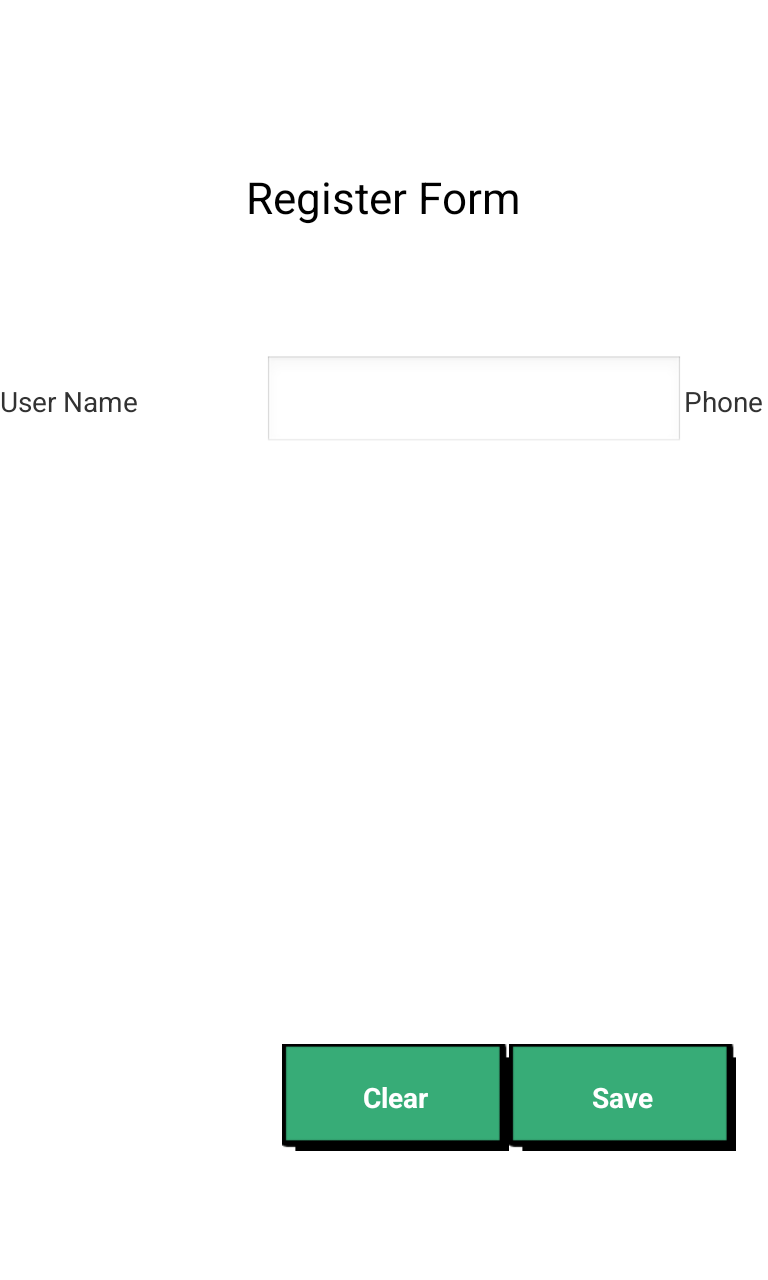
Repository: VanThi/Smart_Order
Layout: Project OS/Project_SO/res/layout/activity_register.xml
The author's editor kept a copy of each file at every save. The layout is drawn from the files as they stood at one save, then again after a run of saves.
It is drawn on a 768 x 1280 px phone screen (xhdpi) without system bars, with theme android:Theme.Light.NoTitleBar.Fullscreen; the app's code is not run.

Above is the layout before, as saved 2013-11-09 11:54:57.

### Project OS/Project_SO/res/layout/activity_register.xml
<?xml version="1.0" encoding="utf-8"?>
<LinearLayout xmlns:android="http://schemas.android.com/apk/res/android"
    android:layout_width="match_parent"
    android:layout_height="match_parent"
    android:orientation="vertical" >

    <TextView
        android:layout_width="wrap_content"
        android:layout_height="wrap_content"
        android:layout_weight="1" />

    <TextView
        android:id="@+id/registerForm"
        android:layout_width="wrap_content"
        android:layout_height="wrap_content"
        android:layout_gravity="center"
        android:layout_weight="1"
        android:text="@string/registerForm"
        android:textAppearance="?android:attr/textAppearanceLarge" />

    <LinearLayout
        android:layout_width="wrap_content"
        android:layout_height="wrap_content"
        android:layout_weight="3"
        android:baselineAligned="false"
        android:orientation="horizontal" >

        <LinearLayout
            android:layout_width="wrap_content"
            android:layout_height="wrap_content"
            android:orientation="horizontal" >

            <TextView
                android:id="@+id/tv_userName"
                android:layout_width="wrap_content"
                android:layout_height="wrap_content"
                android:ems="8"
                android:text="@string/userName" />

            <EditText
                android:id="@+id/et_userName"
                android:layout_width="wrap_content"
                android:layout_height="wrap_content"
                android:ems="10"
                android:inputType="text" />
        </LinearLayout>

        <LinearLayout
            android:layout_width="wrap_content"
            android:layout_height="wrap_content"
            android:layout_weight="1"
            android:orientation="horizontal" >

            <TextView
                android:id="@+id/tv_pass"
                android:layout_width="wrap_content"
                android:layout_height="wrap_content"
                android:ems="8"
                android:text="@string/password" />

            <EditText
                android:id="@+id/et_password"
                android:layout_width="wrap_content"
                android:layout_height="wrap_content"
                android:ems="10"
                android:inputType="textPassword" />
        </LinearLayout>

        <LinearLayout
            android:layout_width="wrap_content"
            android:layout_height="wrap_content"
            android:layout_weight="1"
            android:orientation="horizontal" >

            <TextView
                android:id="@+id/confrim"
                android:layout_width="wrap_content"
                android:layout_height="wrap_content"
                android:ems="8"
                android:text="@string/confirm" />

            <EditText
                android:id="@+id/et_comfrim"
                android:layout_width="wrap_content"
                android:layout_height="wrap_content"
                android:ems="10"
                android:inputType="textPassword" />
        </LinearLayout>

        <LinearLayout
            android:layout_width="wrap_content"
            android:layout_height="wrap_content"
            android:layout_weight="1"
            android:orientation="horizontal" >

            <TextView
                android:id="@+id/tv_fullName"
                android:layout_width="wrap_content"
                android:layout_height="wrap_content"
                android:ems="8"
                android:text="@string/fullName" />

            <EditText
                android:id="@+id/et_fullname"
                android:layout_width="wrap_content"
                android:layout_height="wrap_content"
                android:ems="10"
                android:inputType="text" />
        </LinearLayout>

        <LinearLayout
            android:layout_width="wrap_content"
            android:layout_height="wrap_content"
            android:layout_weight="1"
            android:orientation="horizontal" >

            <TextView
                android:id="@+id/tv_email"
                android:layout_width="wrap_content"
                android:layout_height="wrap_content"
                android:ems="8"
                android:text="@string/email" />

            <EditText
                android:id="@+id/et_email"
                android:layout_width="wrap_content"
                android:layout_height="wrap_content"
                android:ems="10"
                android:inputType="textEmailAddress" />
        </LinearLayout>

        <LinearLayout
            android:layout_width="wrap_content"
            android:layout_height="wrap_content"
            android:orientation="horizontal" >

            <TextView
                android:id="@+id/tv_phoneNumber"
                android:layout_width="wrap_content"
                android:layout_height="wrap_content"
                android:ems="8"
                android:text="@string/phoneNumber" />

            <EditText
                android:id="@+id/et_phoneNumber"
                android:layout_width="wrap_content"
                android:layout_height="wrap_content"
                android:ems="10"
                android:inputType="phone" />
        </LinearLayout>

        <LinearLayout
            android:layout_width="wrap_content"
            android:layout_height="wrap_content"
            android:orientation="horizontal" >

            <TextView
                android:id="@+id/tv_address"
                android:layout_width="wrap_content"
                android:layout_height="wrap_content"
                android:ems="8"
                android:text="@string/address" />

            <EditText
                android:id="@+id/et_address"
                android:layout_width="wrap_content"
                android:layout_height="wrap_content"
                android:ems="10"
                android:inputType="text" />
        </LinearLayout>
    </LinearLayout>

    <LinearLayout
        android:layout_width="wrap_content"
        android:layout_height="wrap_content"
        android:layout_gravity="right"
        android:layout_weight="1"
        android:orientation="horizontal" >

        <Button
            android:id="@+id/clear"
            style="@style/Button"
            android:layout_width="wrap_content"
            android:layout_height="wrap_content"
            android:text="@string/clear" />

        <Button
            android:id="@+id/save"
            style="@style/Button"
            android:layout_width="wrap_content"
            android:layout_height="wrap_content"
            android:layout_marginRight="16dp"
            android:text="@string/save" />
    </LinearLayout>

</LinearLayout>

### Project OS/Project_SO/res/values/strings.xml
<?xml version="1.0" encoding="utf-8"?>
<resources>

    <string name="app_name">Smart Order</string>
    <string name="action_settings">Settings</string>
    <string name="hello_world">Hello world!</string>
    <string name="menu_item">Menu</string>
    <string name="configuration">View Info</string>
    <string name="viewOrder">View Order</string>
    <string name="logout">Logout</string>
    <string name="exit">Exit</string>
    <string name="userName">User Name</string>
    <string name="password">PassWord</string>
    <string name="address">Address</string>
    <string name="phoneNumber">Phone Number</string>
    <string name="email">Email</string>
    <string name="confirm">Confirm</string>
    <string name="fullName">Full Name</string>
    <string name="register">Have not a account?</string>
    <string name="login">Login</string>
    <string name="developer">CyberSoft Team 1</string>
    <string name="clear">Clear</string>
    <string name="update">Update</string>
    <string name="order">Order</string>
    <string name="save">Save</string>
    <string name="registerForm">Register Form</string>
	<string name="configurationForm">View Info</string>
	<string name="ok">OK</string>
	<string name="back">Back</string>
	<string name="inc">+</string>
	<string name="dec">-</string>

</resources>

### Project OS/Project_SO/res/values/styles.xml
<resources>

    <!--
        Base application theme, dependent on API level. This theme is replaced
        by AppBaseTheme from res/values-vXX/styles.xml on newer devices.
    -->
    <style name="AppBaseTheme" parent="android:Theme.Light">
        <!--
            Theme customizations available in newer API levels can go in
            res/values-vXX/styles.xml, while customizations related to
            backward-compatibility can go here.
        -->
    </style>

    <style name="NoActionBar" parent="@android:style/Theme.Holo.NoActionBar">
        <!-- Inherits the Holo theme with no action bar; no other styles needed. -->
    </style>

    <!-- Application theme. -->
    <style name="AppTheme" parent="AppBaseTheme">
        <!-- All customizations that are NOT specific to a particular API-level can go here. -->
    </style>

    <style name="HeaderBG">
        <item name="android:layout_width">fill_parent</item>
        <item name="android:layout_height">60dp</item>
        <item name="android:background">@drawable/header_bg</item>
        <item name="android:orientation">horizontal</item>
    </style>

    <style name="HeaderText">
        <item name="android:textColor">#FFFFFF</item>
        <item name="android:textSize">22sp</item>
        <item name="android:textStyle">bold</item>
        <item name="android:ellipsize">end</item>
        <item name="android:gravity">center</item>
        <item name="android:singleLine">true</item>
        <item name="android:text">@string/app_name</item>
    </style>

    <style name="Background">
        <item name="android:layout_width">fill_parent</item>
        <item name="android:layout_height">fill_parent</item>
        <item name="android:background">@color/background</item>
        <item name="android:orientation">vertical</item>
    </style>

    <style name="MENU">
        <item name="android:layout_width">fill_parent</item>
        <item name="android:layout_height">63dp</item>
        <item name="android:background">@drawable/menu_bg</item>
        <item name="android:gravity">center_vertical</item>
        <item name="android:padding">10dp</item>
        <item name="android:textColor">#FFFFFF</item>
        <item name="android:textSize">16sp</item>
    </style>

    <style name="TextDescription">
        <item name="android:textColor">@color/black</item>
        <item name="android:textSize">16sp</item>
        <item name="android:typeface">sans</item>
        <item name="android:textStyle">bold</item>
    </style>

    <style name="Text">
        <item name="android:textColor">@color/black</item>
        <item name="android:textSize">20sp</item>
        <item name="android:typeface">sans</item>
    </style>

    <style name="EditText">
        <item name="android:textColor">@color/black</item>
        <item name="android:textSize">14sp</item>
        <item name="android:typeface">sans</item>
        <item name="android:padding">5dp</item>
    </style>

    <style name="Button">
        <item name="android:padding">5dp</item>
        <item name="android:textStyle">bold</item>
        <item name="android:textColor">@color/white</item>
        <item name="android:textSize">14sp</item>
        <item name="android:background">@drawable/btn_bg</item>
        <item name="android:typeface">sans</item>
        <item name="android:layout_width">90dp</item>
        <item name="android:layout_height">40dp</item>
    </style>

    <style name="ButtonRight">
        <item name="android:padding">5dp</item>
        <item name="android:textStyle">bold</item>
        <item name="android:textColor">@color/white</item>
        <item name="android:textSize">14sp</item>
        <item name="android:background">@drawable/btn_bg</item>
        <item name="android:typeface">sans</item>
        <item name="android:layout_width">90dp</item>
        <item name="android:layout_height">40dp</item>
        <item name="android:layout_marginLeft">5dp</item>
    </style>

    <style name="CustomProgressBar" parent="android:Widget.ProgressBar.Horizontal">
        <item name="android:layout_width">200dp</item>
        <item name="android:layout_height">wrap_content</item>
        <item name="android:padding">5dp</item>
        <item name="android:layout_marginRight">10dp</item>
        <item name="android:indeterminateOnly">false</item>
        <item name="android:progressDrawable">@drawable/custom_progress_bar_horizontal</item>
        <item name="android:minHeight">10dip</item>
        <item name="android:maxHeight">20dip</item>
    </style>


</resources>

### Project OS/Project_SO/res/values/colors.xml
<?xml version="1.0" encoding="utf-8"?>
<resources>
	<color name="transparent">#00000000</color>
	<color name="menu_background">#C0C0C0</color>
	<color name="background">#ffffff</color>

	<!-- Process bar -->
	<color name="black">#000000</color>
	<color name="white">#ffffff</color>
	<color name="progressbar">#4b80ce</color>

</resources>

### Project OS/Project_SO/res/drawable/btn_bg.xml
<?xml version="1.0" encoding="utf-8"?>
<selector xmlns:android="http://schemas.android.com/apk/res/android">
    <item android:state_pressed="true"
          android:drawable="@drawable/btn_bg_selected" /> <!-- pressed -->
    <item android:state_focused="true"
          android:drawable="@drawable/btn_bg_selected" /> <!-- focused -->
    <item android:drawable="@drawable/btn_bg_normal" /> <!-- default -->
</selector>

After the next 2 saves:
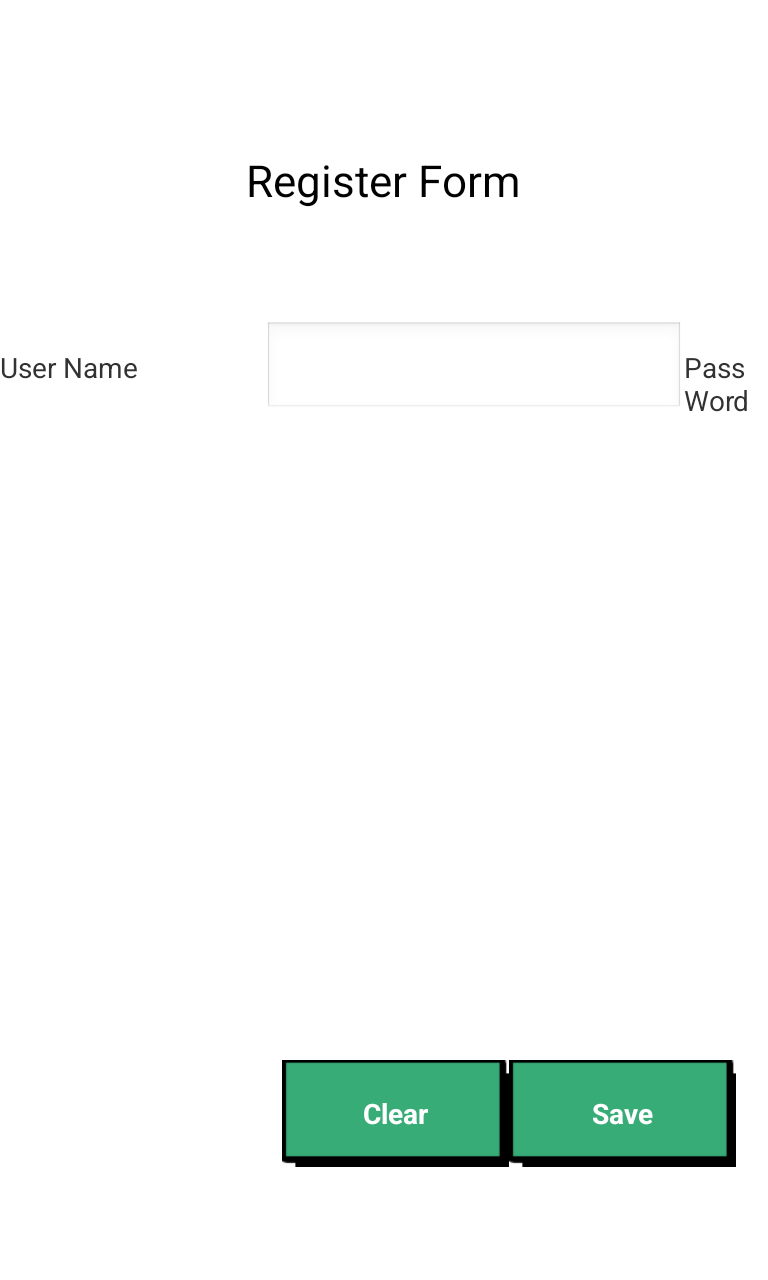
The 2 saves are shown as one change because they came seconds apart.
The last was saved 26 s later.
--- a/Project OS/Project_SO/res/layout/activity_register.xml
+++ b/Project OS/Project_SO/res/layout/activity_register.xml
@@ -48,7 +48,6 @@
         <LinearLayout
             android:layout_width="wrap_content"
             android:layout_height="wrap_content"
-            android:layout_weight="1"
             android:orientation="horizontal" >
 
             <TextView
@@ -69,7 +68,6 @@
         <LinearLayout
             android:layout_width="wrap_content"
             android:layout_height="wrap_content"
-            android:layout_weight="1"
             android:orientation="horizontal" >
 
             <TextView
@@ -90,7 +88,6 @@
         <LinearLayout
             android:layout_width="wrap_content"
             android:layout_height="wrap_content"
-            android:layout_weight="1"
             android:orientation="horizontal" >
 
             <TextView
@@ -111,7 +108,6 @@
         <LinearLayout
             android:layout_width="wrap_content"
             android:layout_height="wrap_content"
-            android:layout_weight="1"
             android:orientation="horizontal" >
 
             <TextView
